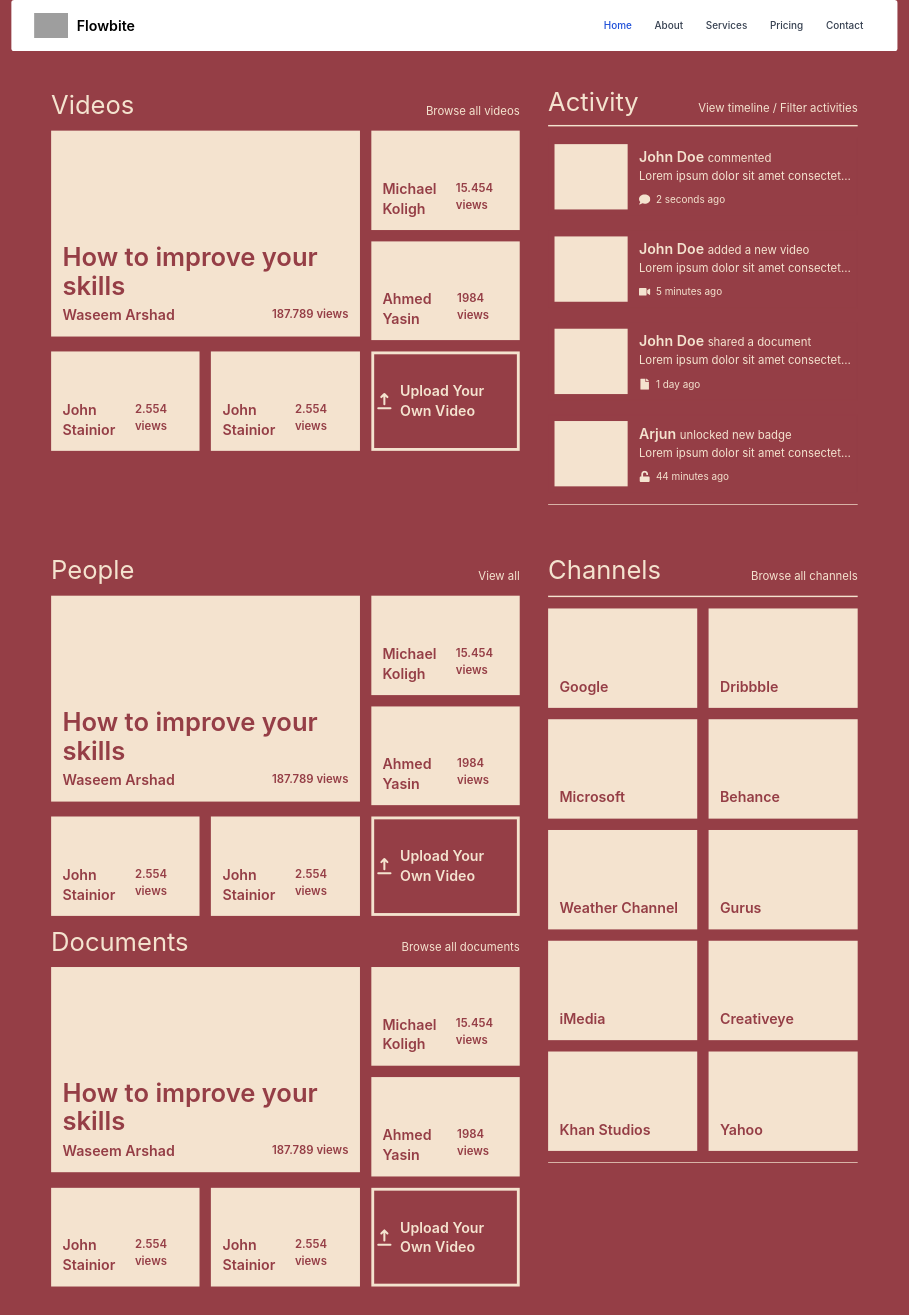
Repository: farrelmuhammad/test-salt
Page: /
An editor plug-in stored every save of this project. The page is shown before and after the next save, followed by the edit.
The browser window is 1280 px wide. The pictures show the whole page, at 71% of full size.
Pictures or frames that could not be fetched are drawn as grey boxes. The project was rebuilt for these pictures with package versions that can differ from the ones it lists, and the page was loaded fresh each time. Also part of the build but not shown: src/App.css.

Above is the page before, as saved 2022-11-21 17:10:06.

After the next save:
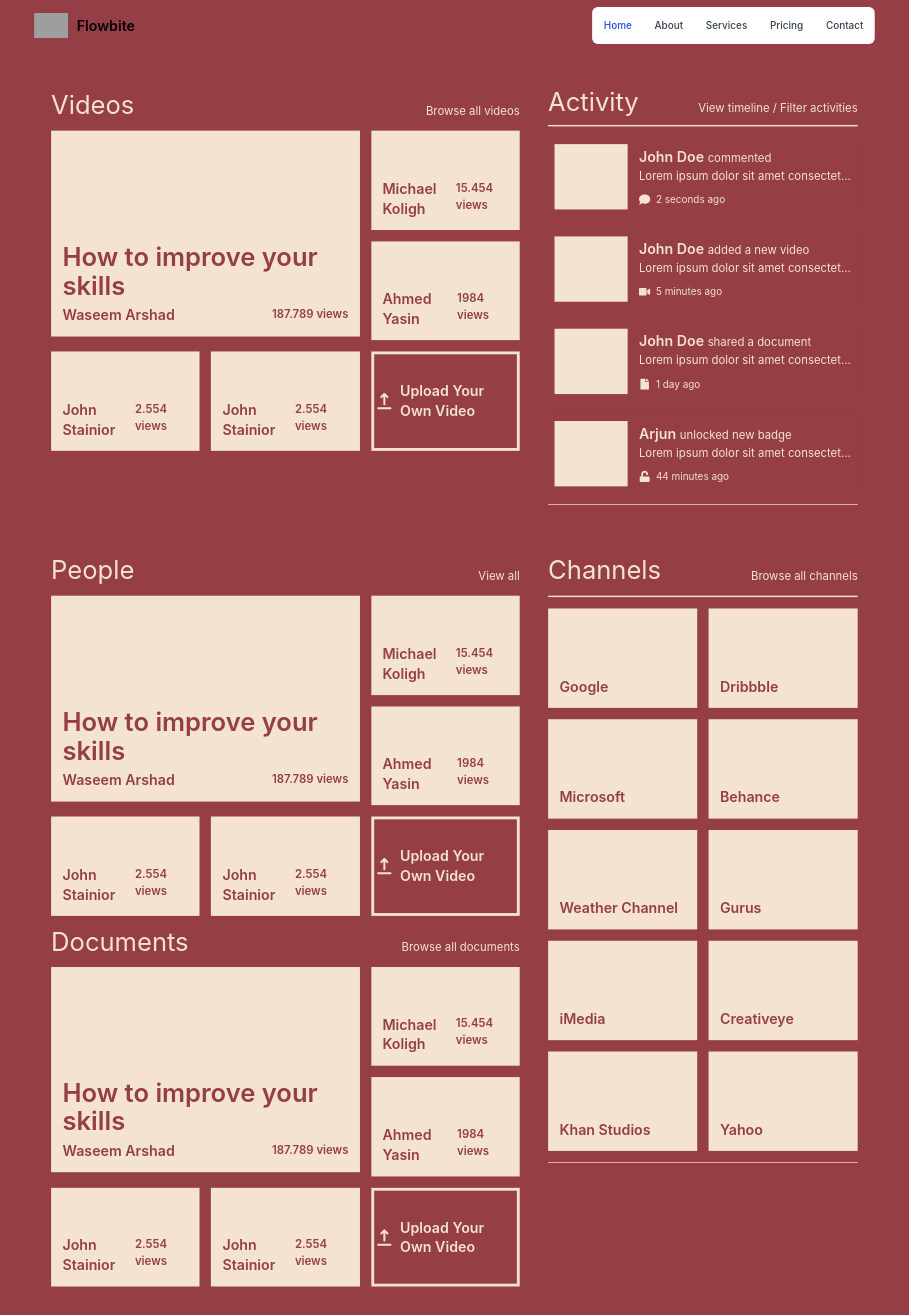
Saved 26 s later.
--- a/src/components/Navbar.jsx
+++ b/src/components/Navbar.jsx
@@ -3,7 +3,7 @@ import React from "react";
 const Navbar = () => {
   return (
     <>
-      <nav class="bg-white border-gray-200 px-2 sm:px-4 py-2.5 rounded dark:bg-gray-900">
+      <nav class="px-2 sm:px-4 py-2.5 rounded dark:bg-gray-900">
         <div class="container flex flex-wrap items-center justify-between mx-auto">
           <a href="https://flowbite.com/" class="flex items-center">
             <img
